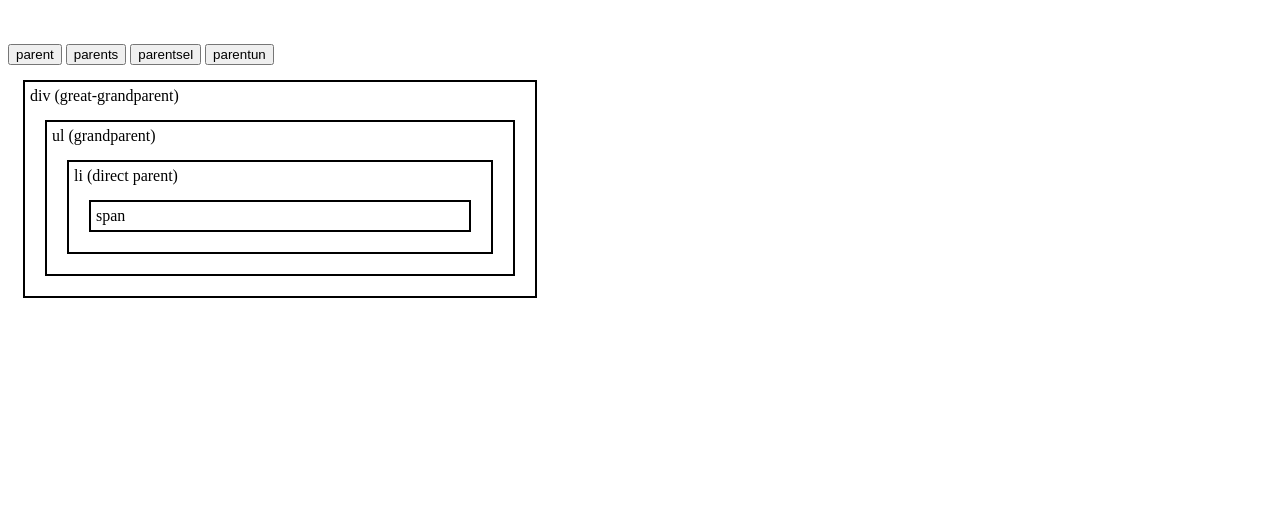
Repository: JJaeHwan/HTML
Page: jquerypro/WebContent/0113/찾기메소드2.html
An editor plug-in stored every save of this project. The page is shown before and after the next save, followed by the edit.
The browser window is 1280 px wide. The pictures show the whole page.

Above is the page before, as saved 2023-01-13 07:35:34.

### jquerypro/WebContent/0113/찾기메소드2.html
<!DOCTYPE html>
<html>
<head>
<meta charset="UTF-8">
<title>Insert title here</title>
<!-- <link rel="stylesheet" href="../css/public.css"> -->
<script src="https://ajax.googleapis.com/ajax/libs/jquery/3.6.1/jquery.min.js"></script>

<script type="text/javascript">
$(function () {
	   $('#parent').on('click', function () {

	        vparent = $("span").parent();

	        $(vparent).css({"color": "red", "border": "2px solid red"})
	   })
	/* -------------------------------------------------------------------------- */
	   $('#parents').on('click', function () {

	        vparents = $("span").parents();

	        $(vparents).css({"color": "orange", "border": "2px solid orange"})
	   })
	/* -------------------------------------------------------------------------- */

	   $('#parentsel').on('click', function () {

	        vparentsSel = $("span").parents('#res1')

	        $(vparentsSel).css({"color": "yellow", "border": "2px dotted yellow"})
	   })
	/* -------------------------------------------------------------------------- */

	   $('#parentun').on('click', function () {

	        vparentsUntil = $("span").parentsUntil('#res1');

	        $(vparentsUntil).css({"color": "hotpink", "border": "2px dotted hotpink"})
	   })
	/* -------------------------------------------------------------------------- */


	})


</script>


<style type="text/css">
#res1 * {
  display: block;
  border: 2px solid black;
  color: black;
  padding: 5px;
  margin: 15px;
}

</style>
</head>
<body>


<div class="box">
	<br><br>
	<input type="button" value="parent" id="parent">
	<input type="button" value="parents" id="parents">
	<input type="button" value="parentsel" id="parentsel">
	<input type="button" value="parentun" id="parentun">
	<br>

	<div id="res1">
		<div style="width:500px;">div (great-grandparent)
		   	 <ul>ul (grandparent)
		    	  <li>li (direct parent)
		     	    <span>span</span>
		     	 </li>
		    </ul>
	    </div>
	</div>
</div>
</body>
</html>

After the next save:
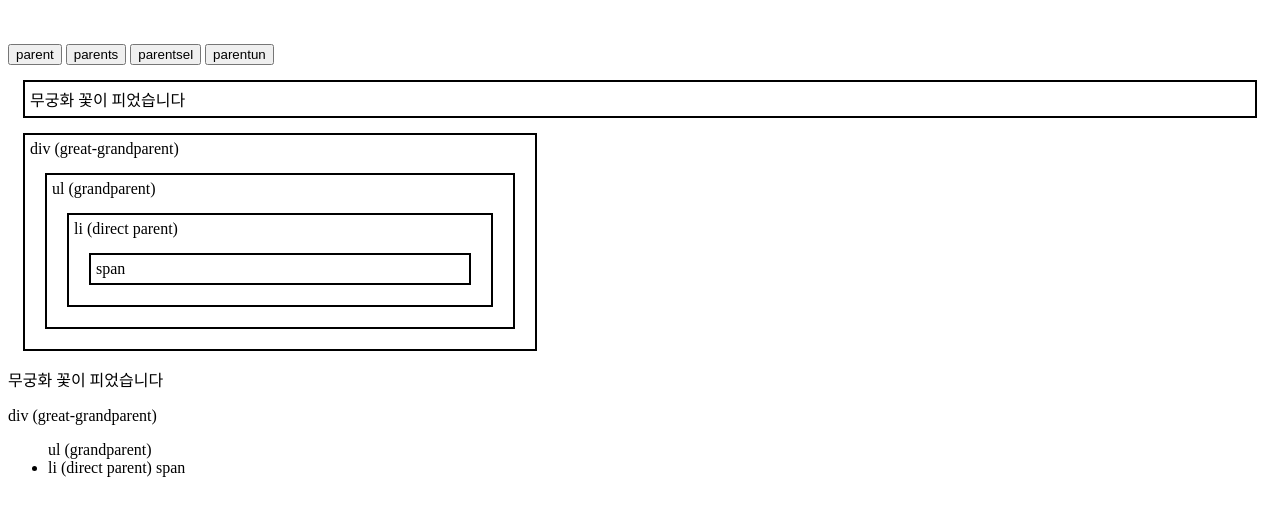
Saved 49 s later.
--- a/jquerypro/WebContent/0113/찾기메소드2.html
+++ b/jquerypro/WebContent/0113/찾기메소드2.html
@@ -69,6 +69,18 @@ $(function () {
 	<br>
 
 	<div id="res1">
+		<p>무궁화 꽃이 피었습니다</p>
+		<div style="width:500px;">div (great-grandparent)
+		   	 <ul>ul (grandparent)
+		    	  <li>li (direct parent)
+		     	    <span>span</span>
+		     	 </li>
+		    </ul>
+	    </div>
+	</div>
+
+	<div id="res2">
+		<p>무궁화 꽃이 피었습니다</p>
 		<div style="width:500px;">div (great-grandparent)
 		   	 <ul>ul (grandparent)
 		    	  <li>li (direct parent)
